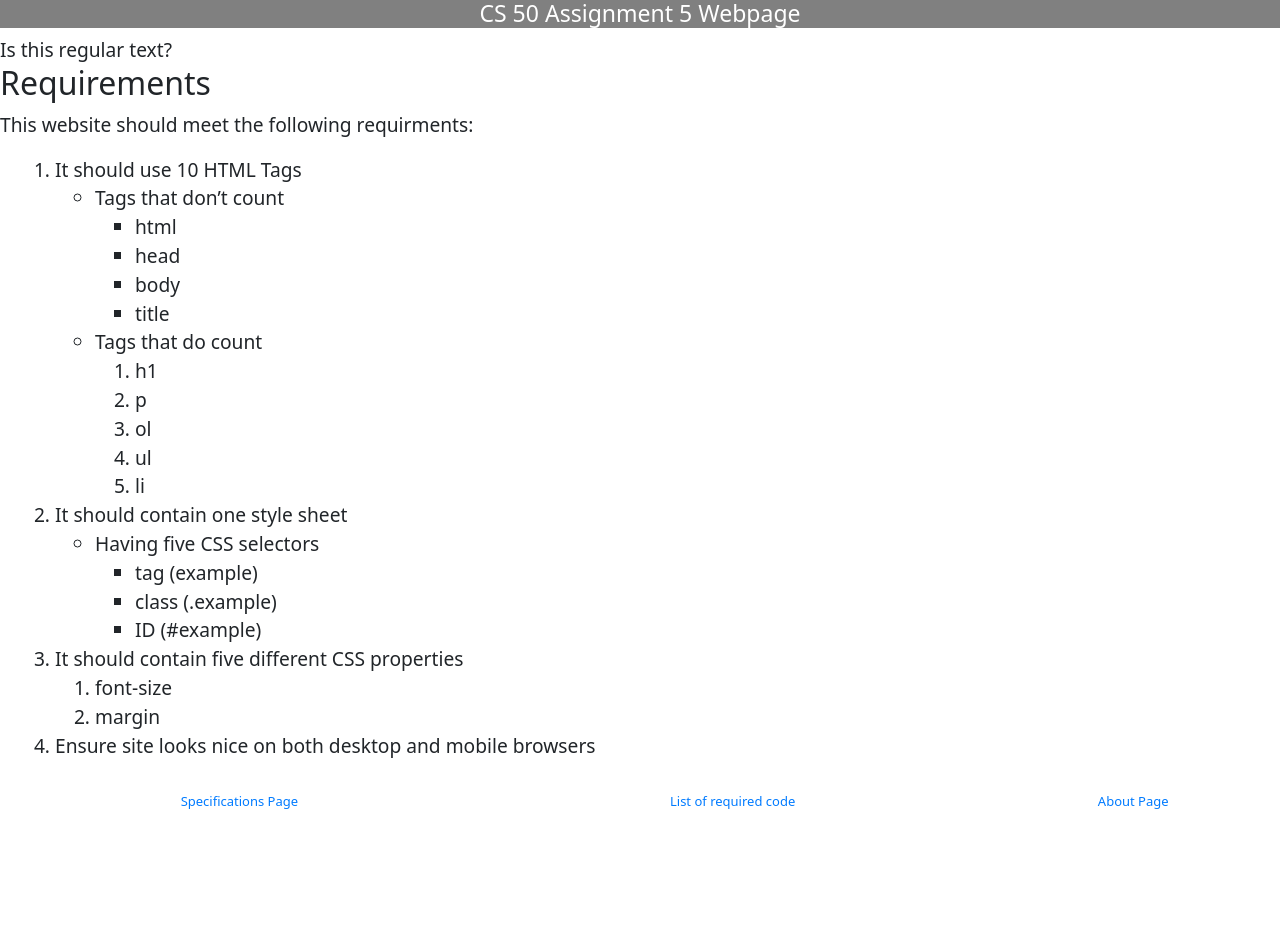
Repository: RSchwinn/cs50
Page: workspace/pset5/homepage/add.html
The author's editor kept a record of every edit. The page is drawn from the files as they stood at one moment, then again after the next edit.
The browser window is 1280 px wide. The pictures show the whole page.

Above is the page before.

After the next edit:
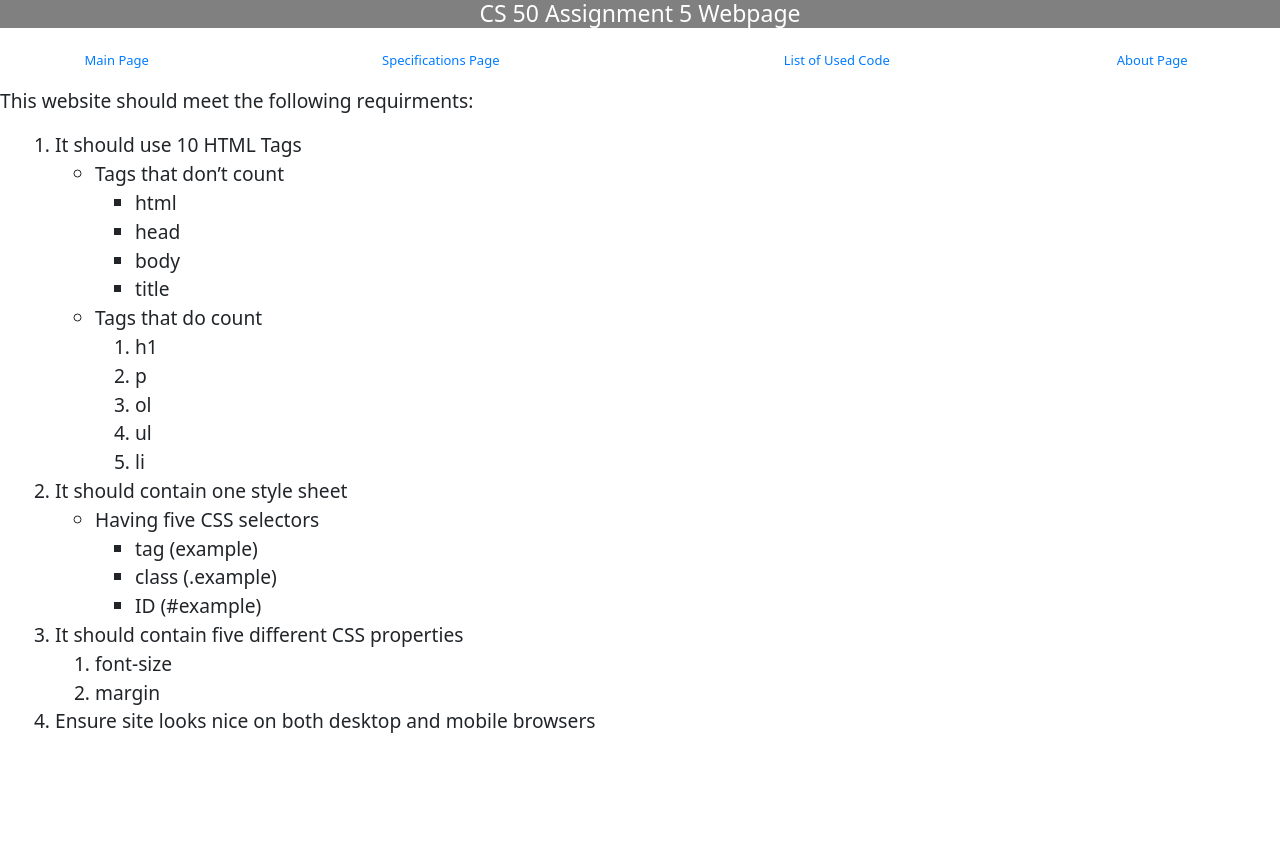
The edit:
--- a/workspace/pset5/homepage/add.html
+++ b/workspace/pset5/homepage/add.html
@@ -13,13 +13,14 @@
     </head>
     <body>
         <h1> CS 50 Assignment 5 Webpage </h1>
-        Is this regular text?
-        <h2> Requirements </h2>
-        <table>
-            <tr>
+<table style="width:100%">
+  <tr>
+<td><a href="index.html">Main Page</a> </td>
 <td><a href="specs.html">Specifications Page</a> </td>
-<td><a href="add.html">List of required code</a> </td>
-<td><a href="specs.html">About Page</a> </td>
+<td><a href="add.html">List of Used Code</a> </td>
+<td><a href="about.html">About Page</a> </td>
+</tr>
+</table>
         <p> This website should meet the following requirments:</p>
         <div class = "container-fluid">
             <ol>
